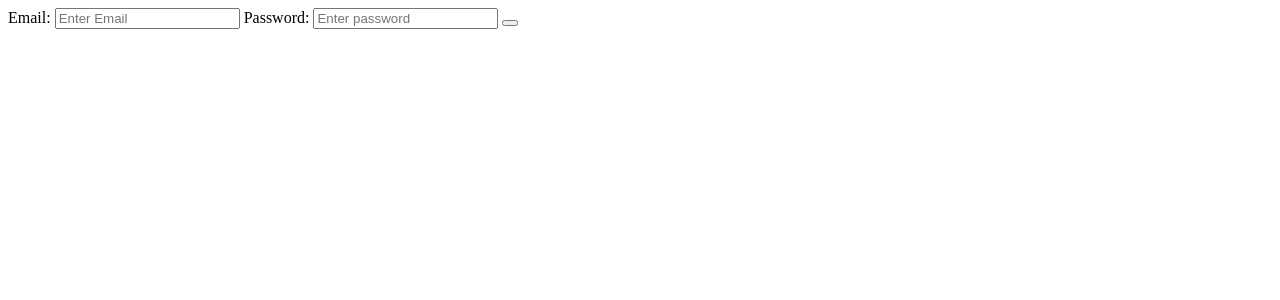
Repository: Kinjaljain047/ibm-fsd-000ggc
Page: eclipse-workspace/Employee_28th_08/WebContent/Login.html
The author's editor kept a copy of each file at every save. The page is drawn from the files as they stood at one save, then again after the next save.
The browser window is 1280 px wide. The pictures show the whole page.

Above is the page before, as saved 2019-08-28 12:10:41.

After the next save:
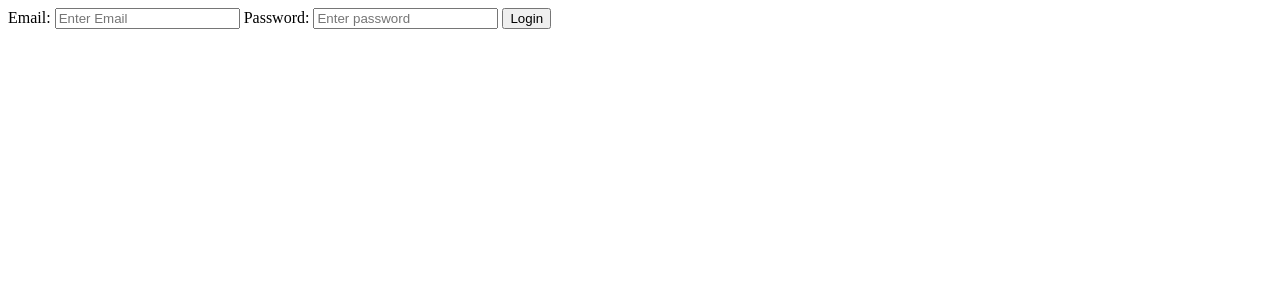
Saved 65 s later.
--- a/eclipse-workspace/Employee_28th_08/WebContent/Login.html
+++ b/eclipse-workspace/Employee_28th_08/WebContent/Login.html
@@ -10,6 +10,6 @@
 <input type="email" name="email" placeholder="Enter Email"/>
 <label>Password:</label>
 <input type="password" name="password" placeholder="Enter password"/>
-<button type="submit" value="Login"></button>
+<button type="submit" value="Login">Login</button>
 </body>
 </html>
